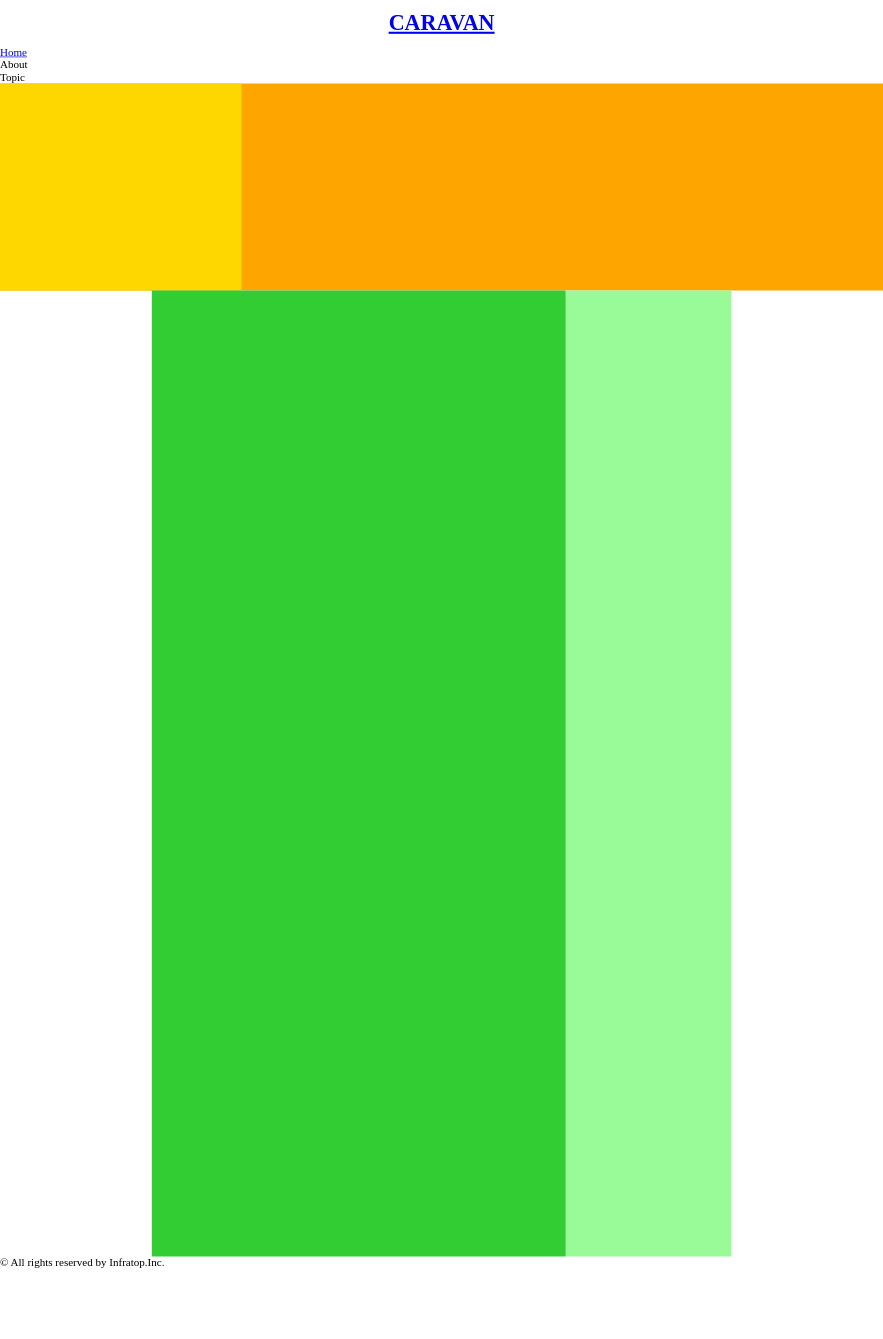
Repository: Nao002/practice
Page: caravan/index.html
The author's editor kept a record of every edit. The page is drawn from the files as they stood at one moment, then again after the next edit.
The browser window is 1280 px wide. The pictures show the whole page, at 69% of full size.

Above is the page before.

### caravan/index.html
<!DOCTYPE html>
<html lang="ja">
  <head>
    <meta charset="UTF-8" />
    <!-- CSSファイルの読み込み -->
    <link rel="stylesheet" href="style.css" />
    <title>CARAVAN</title>
  </head>

  <body>
    <!-- header -->
    <header>
      <h1 class="heading">
        <a href="index.html">
          CARAVAN
        </a>
      </h1>
    </header>

     <!-- navigation -->
    <nav>
      <ul class="nav-list">
        <li class="nav-list-item">
          <a href="index.html">Home</a>
        </li>
        <li class="nav-list-item">About</li>
        <li class="nav-list-item">Topic</li>
      </ul>
    </nav>

    <!-- main-visual用のdiv -->
    <div class="main-visual">
      <div class="main-visual-content"></div>
    </div>

    <!-- main用のdiv -->
    <div class="main">
      <div class="blog"></div>
      <div class="sidebar"></div>
    </div>

    <!-- footer -->
    <footer>
      <p class="footer-text">© All rights reserved by Infratop.Inc.</p>
    </footer>

  </body>
</html>

### caravan/style.css
/* ブラウザがそれぞれ持っているCSSをリセットするための記述 */
* {
  margin: 0;
  padding: 0;
  box-sizing: border-box;
}

header {
  width: 90%;
  padding: 15px 0;
  margin: 0 auto;
  text-align: center;
}

header .heading { /* headerタグ内のheadingクラスにのみ反映される */
  font-size: 32px;
}

.main-visual {
  width: 100%; /* 横幅いっぱい */
  height: 300px; /* 高さ300px */
  background-color: orange; /* 背景色orange */
}

.main-visual-content {
  width: 350px; /* 横幅350px */
  height: 300px; /* 親の高さに揃える */
  background-color: gold; /* 背景色gold */
}

.main {
  width: 840px; /* 横幅いっぱい */
  display: flex; /* Flexboxの利用 */
  justify-content: center; /* 子要素の横並び・中央寄せ */
  margin: 0 auto;
}

.blog {
  width: 600px; /* 横幅600px */
  height: 1400px; /* 高さ600px */
  background-color: limegreen; /* 背景色limegreen */
}

.sidebar {
  width: 240px; /* 横幅240px */
  height: 1400px; /* 高さ600px */
  background-color: palegreen; /* 背景色palegreen */
}

footer {
  width: 100%; /* 横幅いっぱい */
  height: 120px; /* 高さ120px */
}

After the next edit:
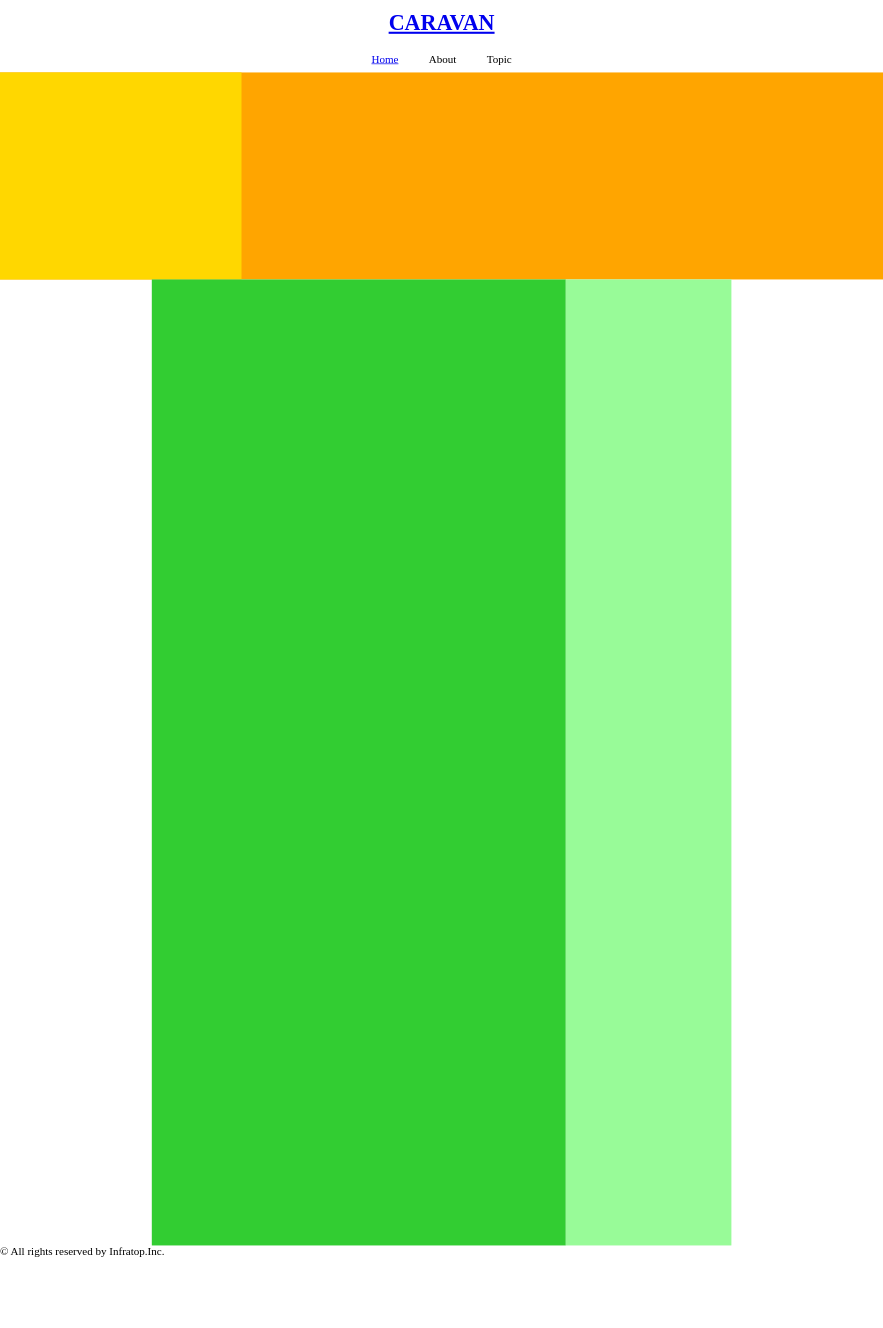
The edit:
--- a/caravan/style.css
+++ b/caravan/style.css
@@ -14,6 +14,18 @@
 
 header .heading { /* headerタグ内のheadingクラスにのみ反映される */
   font-size: 32px;
+}
+
+.nav-list {
+  text-align: center;
+  padding: 10px 0;
+  margin: 0 auto;
+}
+
+.nav-list-item {
+  list-style: none;
+  display: inline-block;
+  margin: 0 20px;
 }
 
 .main-visual {
